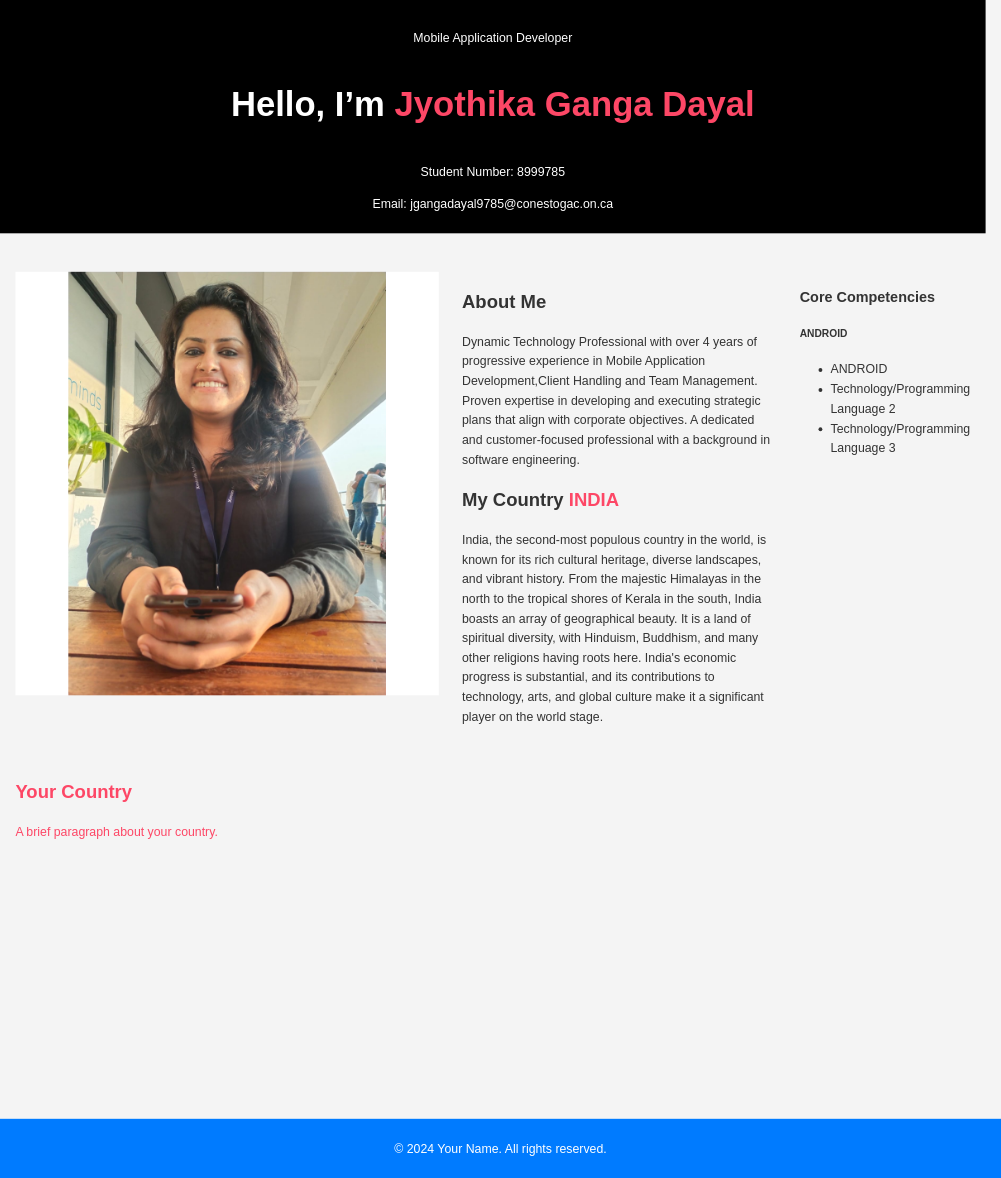
Repository: jyothika123/portfolio
Page: index.html
The author's editor kept a copy of each file at every save. The page is drawn from the files as they stood at one save, then again after the next save.
The browser window is 1280 px wide. The page is 1300 px wide, so the pictures cover 1300 px, including what lies to the right of the window. The pictures show the whole page, at 77% of full size.
Pictures or frames that could not be fetched are drawn as grey boxes.

Above is the page before, as saved 2024-09-22 16:52:35.

After the next save:
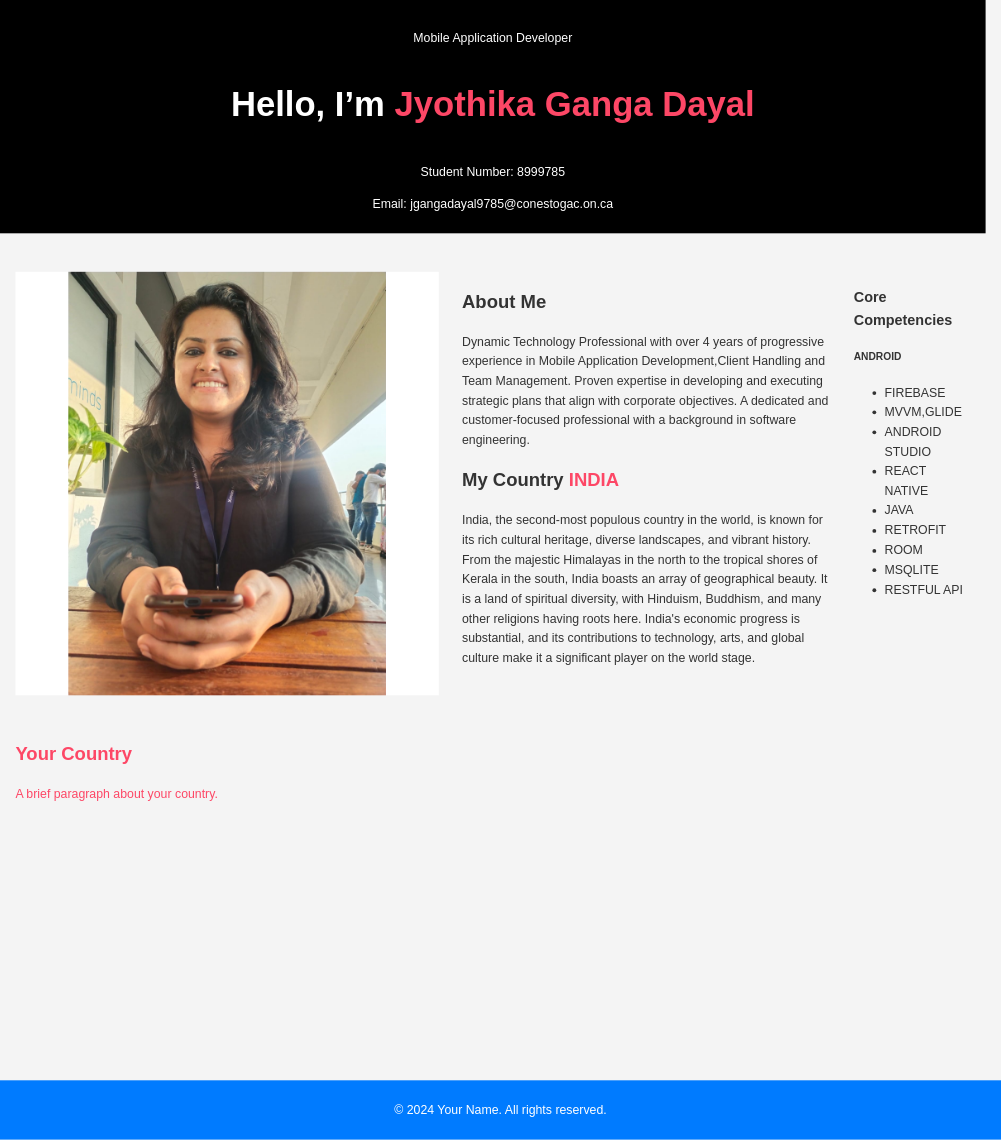
Saved 5 min 40 s later.
--- a/index.html
+++ b/index.html
@@ -39,9 +39,15 @@
                 <h3>Core Competencies</h3>
                 <h5>ANDROID</h5>
                 <ul>
-                    <li>ANDROID</li>
-                    <li>Technology/Programming Language 2</li>
-                    <li>Technology/Programming Language 3</li>
+                    <li>FIREBASE</li>
+                    <li>MVVM,GLIDE</li>
+                    <li>ANDROID STUDIO</li>
+                    <li>REACT NATIVE</li>
+                    <li>JAVA</li>
+                    <li>RETROFIT</li>
+                    <li>ROOM</li>
+                    <li>MSQLITE</li>
+                    <li>RESTFUL API</li>
                 </ul>
             </section>
             <section class="country">
